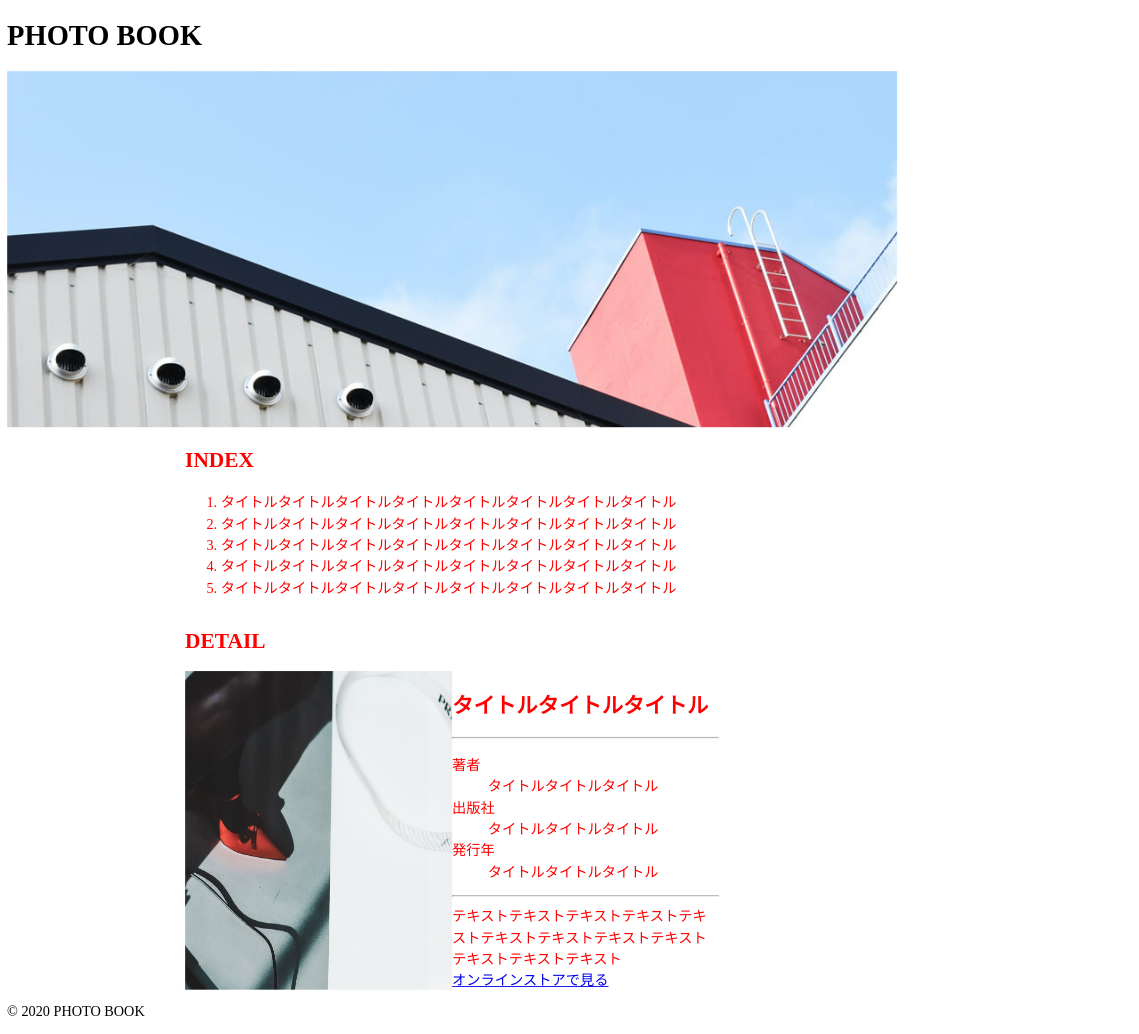
Repository: daytime/LP-study
Page: photo_book/index.html
These files come from the project's save history. The page is drawn as it stood at one moment and after the next save; the edit follows.
The browser window is 1280 px wide. The pictures show the whole page, at 89% of full size.

Above is the page before, as saved 2025-01-29 12:53:24.

After the next save:
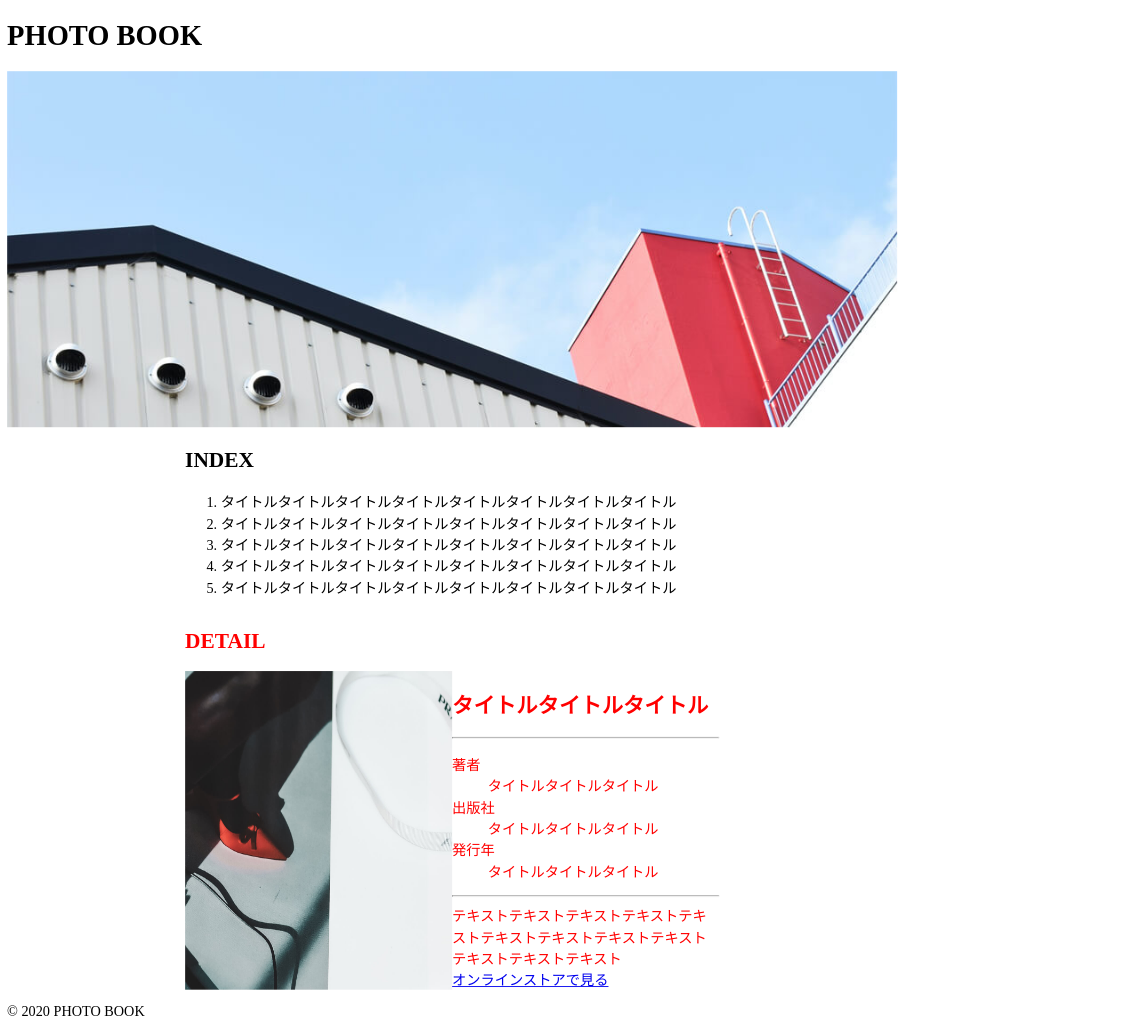
Saved 3 days later.
--- a/photo_book/style.css
+++ b/photo_book/style.css
@@ -3,7 +3,7 @@
 }
 
 #index {
-  color: red;
+  /* color: red; */
   margin-left: 200px;
   display: flex;
   flex-direction: column;
